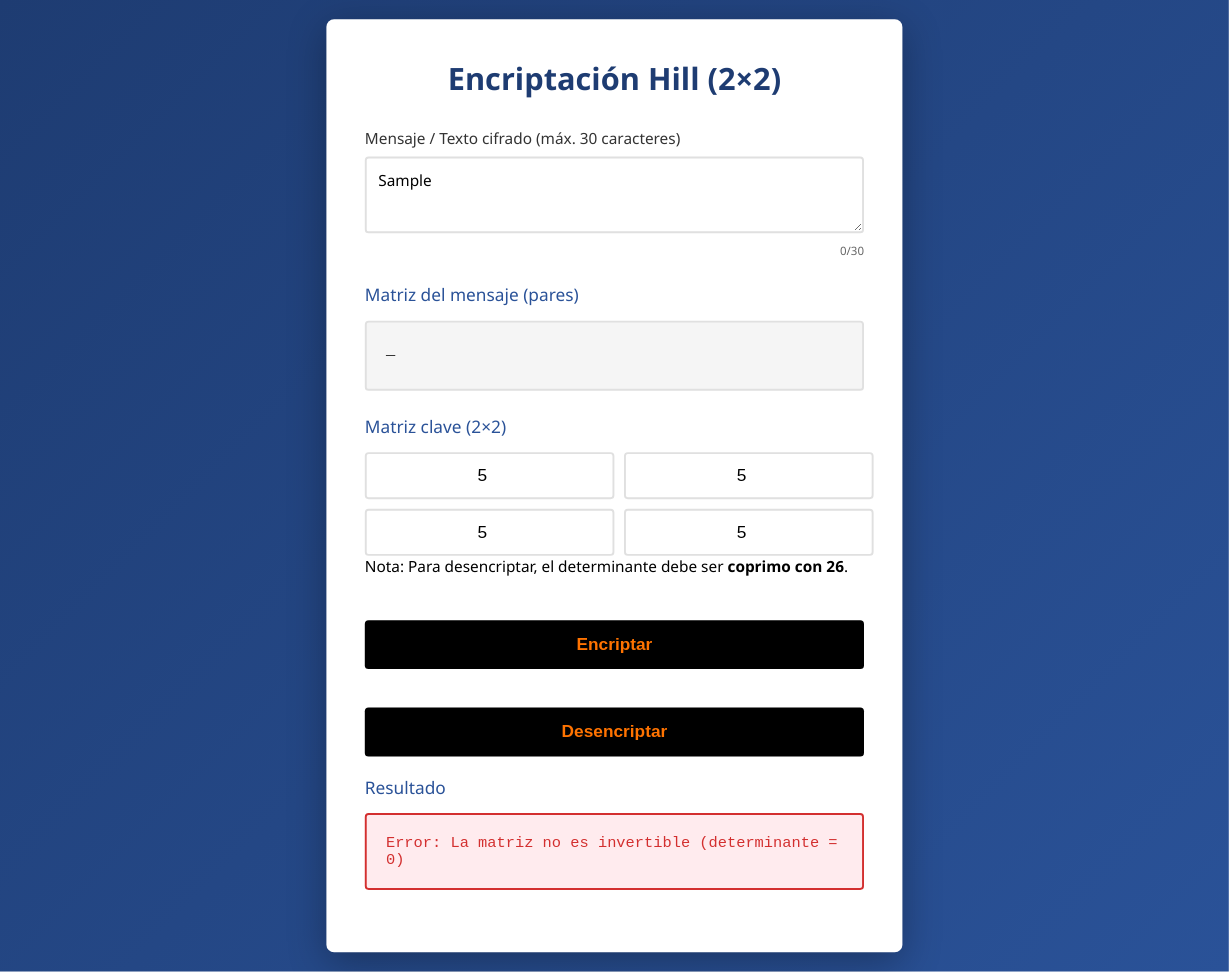
Repository: LeoTSW13/Clase-ejemplo-Algebra
Page: index.html
An editor plug-in stored every save of this project. The page is shown before and after the next save, followed by the edit.
The browser window is 1280 px wide. The pictures show the whole page, at 96% of full size.
Empty fields were first filled with sample values (such as "Sample", 5 or name@example.com).
After loading, the first visible `#encriptar` was clicked once.

Above is the page before, as saved 2025-11-26 10:31:18.

### index.html
<!DOCTYPE html>
<html lang="es">
<head>
    <meta charset="UTF-8" />
    <meta name="viewport" content="width=device-width, initial-scale=1.0"/>
    <title>Encriptación Hill</title>
    <link rel="stylesheet" href="styles.css">
</head>
<body>
    <div class="container">
        <h1>Encriptación Hill (2×2)</h1>

        <div class="section">
            <label for="mensaje">Mensaje / Texto cifrado (máx. 30 caracteres)</label>
            <textarea id="mensaje" maxlength="30" placeholder="Escribe tu mensaje aquí..."></textarea>
            <div class="char-count">0/30</div>
        </div>

        <div class="section">
            <h3>Matriz del mensaje (pares)</h3>
            <div id="matrizMensaje" class="matriz-display">—</div>
        </div>

        <div class="section">
            <h3>Matriz clave (2×2)</h3>
            <div class="matriz-input">
                <input type="number" id="k11" placeholder="a">
                <input type="number" id="k12" placeholder="b">
                <input type="number" id="k21" placeholder="c">
                <input type="number" id="k22" placeholder="d">
            </div>
            <div class="hint">Nota: Para desencriptar, el determinante debe ser <b>coprimo con 26</b>.</div>
        </div>

        <button id="encriptar">Encriptar</button>
        <button id="desencriptar">Desencriptar</button>

        <div class="section">
            <h3>Resultado</h3>
            <div id="resultado" class="resultado-box">—</div>
        </div>
    </div>

    <script src="script.js"></script>
</body>
</html>

### styles.css
* {
    margin: 0;
    padding: 0;
    box-sizing: border-box;
}

body {
    font-family: 'Segoe UI', Tahoma, Geneva, Verdana, sans-serif;
    background: linear-gradient(135deg, #1e3c72 0%, #2a5298 100%);
    min-height: 100vh;
    display: flex;
    justify-content: center;
    align-items: center;
    padding: 20px;
}

.container {
    background: white;
    max-width: 600px;
    width: 100%;
    padding: 40px;
    border-radius: 8px;
    box-shadow: 0 10px 40px rgba(0, 0, 0, 0.3);
}

h1 {
    color: #1e3c72;
    text-align: center;
    margin-bottom: 30px;
    font-size: 32px;
    font-weight: 600;
}

h3 {
    color: #2a5298;
    margin-bottom: 15px;
    font-size: 18px;
    font-weight: 500;
}

.section {
    margin-bottom: 25px;
}

label {
    display: block;
    color: #333;
    margin-bottom: 8px;
    font-weight: 500;
}

textarea {
    width: 100%;
    padding: 12px;
    border: 2px solid #e0e0e0;
    border-radius: 4px;
    font-size: 16px;
    resize: vertical;
    min-height: 80px;
    font-family: inherit;
    transition: border-color 0.3s;
}

textarea:focus {
    outline: none;
    border-color: #2a5298;
}

.char-count {
    text-align: right;
    color: #666;
    font-size: 12px;
    margin-top: 5px;
}

.matriz-display {
    background: #f5f5f5;
    padding: 20px;
    border-radius: 4px;
    border: 2px solid #e0e0e0;
    min-height: 60px;
    font-family: 'Courier New', monospace;
    color: #333;
    line-height: 1.8;
}

.matriz-input {
    display: grid;
    grid-template-columns: 1fr 1fr;
    gap: 10px;
    max-width: 200px;
}

.matriz-input input {
    padding: 12px;
    border: 2px solid #e0e0e0;
    border-radius: 4px;
    font-size: 18px;
    text-align: center;
    transition: border-color 0.3s;
}

.matriz-input input:focus {
    outline: none;
    border-color: #2a5298;
}

button {
    width: 100%;
    padding: 15px;
    background: #000000;
    color: rgb(255, 115, 0);
    border: none;
    border-radius: 4px;
    font-size: 18px;
    font-weight: 600;
    cursor: pointer;
    transition: background 0.3s;
    margin: 20px 0;
}

button:hover {
    background: #1e3c72;
}

button:active {
    transform: scale(0.98);
}

.resultado-box {
    background: #f5f5f5;
    padding: 20px;
    border-radius: 4px;
    border: 2px solid #e0e0e0;
    min-height: 60px;
    font-family: 'Courier New', monospace;
    color: #333;
    word-wrap: break-word;
}

.error {
    color: #d32f2f;
    background: #ffebee;
    border-color: #d32f2f;
}

### script.js
const mensaje = document.getElementById('mensaje');
const charCount = document.querySelector('.char-count');
const matrizMensaje = document.getElementById('matrizMensaje');
const k11 = document.getElementById('k11');
const k12 = document.getElementById('k12');
const k21 = document.getElementById('k21');
const k22 = document.getElementById('k22');
const btnEncriptar = document.getElementById('encriptar');
const resultado = document.getElementById('resultado');

// Actualizar contador de caracteres
mensaje.addEventListener('input', () => {
    const len = mensaje.value.length;
    charCount.textContent = `${len}/30`;
    mostrarMatrizMensaje();
});

// Mostrar matriz del mensaje
function mostrarMatrizMensaje() {
    const texto = mensaje.value.toUpperCase().replace(/[^A-Z]/g, '');

    if (texto.length === 0) {
        matrizMensaje.textContent = 'Escribe un mensaje primero...';
        return;
    }

    const valores = texto.split('').map(char => char.charCodeAt(0) - 65);

    // Agrupar en pares
    let matriz = '[';
    for (let i = 0; i < valores.length; i += 2) {
        if (i > 0) matriz += ' ';
        matriz += '[' + valores[i];
        if (i + 1 < valores.length) {
            matriz += ', ' + valores[i + 1];
        } else {
            matriz += ', ' + (valores.length % 2 === 0 ? '' : '23'); // Padding con 'X'
        }
        matriz += ']';
    }
    matriz += ']';

    matrizMensaje.textContent = matriz;
}

// Función de encriptación Hill
btnEncriptar.addEventListener('click', () => {
    // Validar inputs
    const key = [
        [parseInt(k11.value) || 0, parseInt(k12.value) || 0],
        [parseInt(k21.value) || 0, parseInt(k22.value) || 0]
    ];

    if (key[0][0] === 0 && key[0][1] === 0 && key[1][0] === 0 && key[1][1] === 0) {
        resultado.textContent = 'Error: Ingresa una matriz clave válida';
        resultado.classList.add('error');
        return;
    }

    const texto = mensaje.value.toUpperCase().replace(/[^A-Z]/g, '');

    if (texto.length === 0) {
        resultado.textContent = 'Error: Ingresa un mensaje';
        resultado.classList.add('error');
        return;
    }

    // Calcular determinante
    const det = (key[0][0] * key[1][1] - key[0][1] * key[1][0]) % 26;

    if (det === 0) {
        resultado.textContent = 'Error: La matriz no es invertible (determinante = 0)';
        resultado.classList.add('error');
        return;
    }

    // Convertir texto a números
    let numeros = texto.split('').map(char => char.charCodeAt(0) - 65);

    // Agregar padding si es impar
    if (numeros.length % 2 !== 0) {
        numeros.push(23); // 'X'
    }

    // Encriptar
    let encriptado = '';
    for (let i = 0; i < numeros.length; i += 2) {
        const v1 = numeros[i];
        const v2 = numeros[i + 1];

        const c1 = (key[0][0] * v1 + key[0][1] * v2) % 26;
        const c2 = (key[1][0] * v1 + key[1][1] * v2) % 26;

        encriptado += String.fromCharCode(65 + c1);
        encriptado += String.fromCharCode(65 + c2);
    }

    resultado.classList.remove('error');
    resultado.textContent = encriptado;
});
const btnDesencriptar = document.getElementById('desencriptar');

// Inverso modular
function modInv(a, m) {
    a = (a % m + m) % m;
    for (let x = 1; x < m; x++) {
        if ((a * x) % m === 1) return x;
    }
    return null;
}

// DESENCRIPTAR con reparación automática
btnDesencriptar.addEventListener('click', () => {
    const key = [
        [parseInt(k11.value) || 0, parseInt(k12.value) || 0],
        [parseInt(k21.value) || 0, parseInt(k22.value) || 0]
    ];

    let texto = mensaje.value.toUpperCase().replace(/[^A-Z]/g, '');

    if (texto.length === 0) {
        resultado.textContent = 'Error: Ingresa el texto cifrado';
        resultado.classList.add('error');
        return;
    }

    // --- REPARACIÓN AUTOMÁTICA ---
    if (texto.length % 2 !== 0) {
        texto += 'X';
        resultado.textContent = '⚠ Se agregó una X para completar el par.\n';
    } else {
        resultado.textContent = '';
    }
    // ------------------------------

    // Determinante
    let det = (key[0][0] * key[1][1] - key[0][1] * key[1][0]) % 26;
    if (det < 0) det += 26;

    let detInv = modInv(det, 26);
    if (detInv === null) {
        resultado.textContent = 'Error: El determinante NO tiene inverso módulo 26 (no puedes desencriptar).';
        resultado.classList.add('error');
        return;
    }

    // Matriz adjunta
    const adj = [
        [key[1][1], -key[0][1]],
        [-key[1][0], key[0][0]]
    ];

    // Matriz inversa mod 26
    const invKey = [
        [
            (detInv * (adj[0][0] % 26 + 26)) % 26,
            (detInv * (adj[0][1] % 26 + 26)) % 26
        ],
        [
            (detInv * (adj[1][0] % 26 + 26)) % 26,
            (detInv * (adj[1][1] % 26 + 26)) % 26
        ]
    ];

    // Convertir texto a números
    let numeros = texto.split('').map(c => c.charCodeAt(0) - 65);

    // Desencriptar
    let desencriptado = '';
    for (let i = 0; i < numeros.length; i += 2) {
        const v1 = numeros[i];
        const v2 = numeros[i + 1];

        const p1 = (invKey[0][0] * v1 + invKey[0][1] * v2) % 26;
        const p2 = (invKey[1][0] * v1 + invKey[1][1] * v2) % 26;

        desencriptado += String.fromCharCode(65 + p1);
        desencriptado += String.fromCharCode(65 + p2);
    }

    resultado.classList.remove('error');
    resultado.textContent += desencriptado;
});

After the next save:
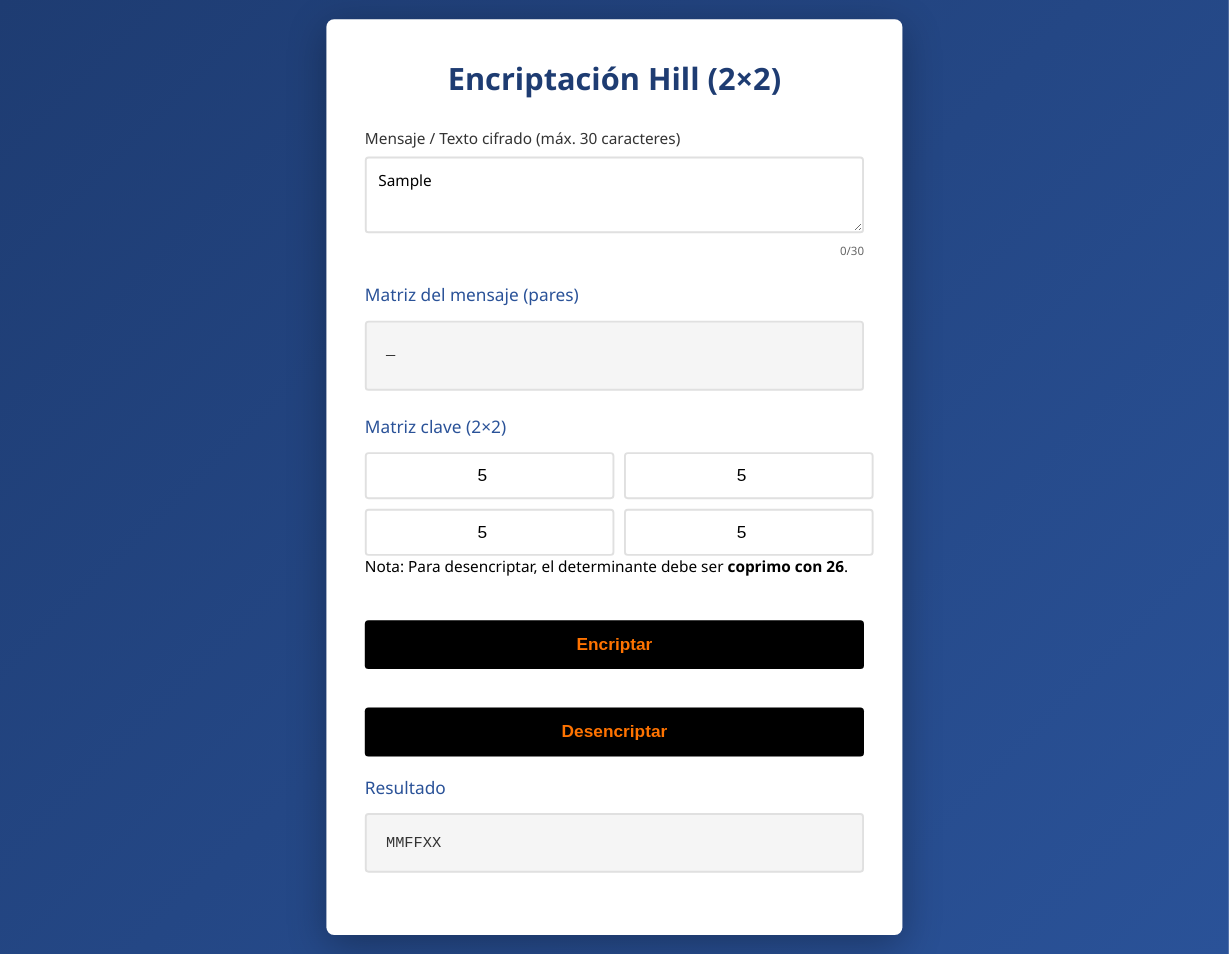
Saved 22 s later.
--- a/script.js
+++ b/script.js
@@ -6,16 +6,17 @@ const k12 = document.getElementById('k12');
 const k21 = document.getElementById('k21');
 const k22 = document.getElementById('k22');
 const btnEncriptar = document.getElementById('encriptar');
+const btnDesencriptar = document.getElementById('desencriptar');
 const resultado = document.getElementById('resultado');
 
-// Actualizar contador de caracteres
+// Actualizar contador y matriz del mensaje
 mensaje.addEventListener('input', () => {
     const len = mensaje.value.length;
     charCount.textContent = `${len}/30`;
     mostrarMatrizMensaje();
 });
 
-// Mostrar matriz del mensaje
+// Mostrar pares del mensaje
 function mostrarMatrizMensaje() {
     const texto = mensaje.value.toUpperCase().replace(/[^A-Z]/g, '');
 
@@ -24,38 +25,35 @@ function mostrarMatrizMensaje() {
         return;
     }
 
-    const valores = texto.split('').map(char => char.charCodeAt(0) - 65);
+    const valores = texto.split('').map(c => c.charCodeAt(0) - 65);
+    let matriz = '[';
 
-    // Agrupar en pares
-    let matriz = '[';
     for (let i = 0; i < valores.length; i += 2) {
         if (i > 0) matriz += ' ';
         matriz += '[' + valores[i];
+
         if (i + 1 < valores.length) {
             matriz += ', ' + valores[i + 1];
         } else {
-            matriz += ', ' + (valores.length % 2 === 0 ? '' : '23'); // Padding con 'X'
+            matriz += ', 23'; // X de padding
         }
+
         matriz += ']';
     }
+
     matriz += ']';
-
     matrizMensaje.textContent = matriz;
 }
 
-// Función de encriptación Hill
+// ===============================
+//     HILL ENCRYPTION
+// ===============================
+
 btnEncriptar.addEventListener('click', () => {
-    // Validar inputs
     const key = [
         [parseInt(k11.value) || 0, parseInt(k12.value) || 0],
         [parseInt(k21.value) || 0, parseInt(k22.value) || 0]
     ];
-
-    if (key[0][0] === 0 && key[0][1] === 0 && key[1][0] === 0 && key[1][1] === 0) {
-        resultado.textContent = 'Error: Ingresa una matriz clave válida';
-        resultado.classList.add('error');
-        return;
-    }
 
     const texto = mensaje.value.toUpperCase().replace(/[^A-Z]/g, '');
 
@@ -65,28 +63,14 @@ btnEncriptar.addEventListener('click', () => {
         return;
     }
 
-    // Calcular determinante
-    const det = (key[0][0] * key[1][1] - key[0][1] * key[1][0]) % 26;
+    let numeros = texto.split('').map(c => c.charCodeAt(0) - 65);
 
-    if (det === 0) {
-        resultado.textContent = 'Error: La matriz no es invertible (determinante = 0)';
-        resultado.classList.add('error');
-        return;
-    }
+    if (numeros.length % 2 !== 0) numeros.push(23); // X
 
-    // Convertir texto a números
-    let numeros = texto.split('').map(char => char.charCodeAt(0) - 65);
+    let encriptado = '';
 
-    // Agregar padding si es impar
-    if (numeros.length % 2 !== 0) {
-        numeros.push(23); // 'X'
-    }
-
-    // Encriptar
-    let encriptado = '';
     for (let i = 0; i < numeros.length; i += 2) {
-        const v1 = numeros[i];
-        const v2 = numeros[i + 1];
+        const v1 = numeros[i], v2 = numeros[i + 1];
 
         const c1 = (key[0][0] * v1 + key[0][1] * v2) % 26;
         const c2 = (key[1][0] * v1 + key[1][1] * v2) % 26;
@@ -98,19 +82,29 @@ btnEncriptar.addEventListener('click', () => {
     resultado.classList.remove('error');
     resultado.textContent = encriptado;
 });
-const btnDesencriptar = document.getElementById('desencriptar');
 
-// Inverso modular
-function modInv(a, m) {
-    a = (a % m + m) % m;
-    for (let x = 1; x < m; x++) {
-        if ((a * x) % m === 1) return x;
-    }
-    return null;
+// ===============================
+//     HILL DECRYPTION
+// ===============================
+
+// Euclides Extendido
+function egcd(a, b) {
+    if (b === 0) return {g: a, x: 1, y: 0};
+    const r = egcd(b, a % b);
+    return { g: r.g, x: r.y, y: r.x - Math.floor(a / b) * r.y };
 }
 
-// DESENCRIPTAR con reparación automática
+function modInv(a, m) {
+    a = ((a % m) + m) % m;
+    const r = egcd(a, m);
+    if (r.g !== 1) return null;
+    return (r.x % m + m) % m;
+}
+
 btnDesencriptar.addEventListener('click', () => {
+    resultado.classList.remove('error');
+    resultado.textContent = '';
+
     const key = [
         [parseInt(k11.value) || 0, parseInt(k12.value) || 0],
         [parseInt(k21.value) || 0, parseInt(k22.value) || 0]
@@ -119,65 +113,58 @@ btnDesencriptar.addEventListener('click', () => {
     let texto = mensaje.value.toUpperCase().replace(/[^A-Z]/g, '');
 
     if (texto.length === 0) {
-        resultado.textContent = 'Error: Ingresa el texto cifrado';
+        resultado.textContent = 'Error: Ingresa texto cifrado';
         resultado.classList.add('error');
         return;
     }
 
-    // --- REPARACIÓN AUTOMÁTICA ---
+    // Reparar longitud impar automáticamente
     if (texto.length % 2 !== 0) {
         texto += 'X';
         resultado.textContent = '⚠ Se agregó una X para completar el par.\n';
-    } else {
-        resultado.textContent = '';
     }
-    // ------------------------------
 
     // Determinante
-    let det = (key[0][0] * key[1][1] - key[0][1] * key[1][0]) % 26;
-    if (det < 0) det += 26;
+    let det = key[0][0] * key[1][1] - key[0][1] * key[1][0];
+    let detMod = ((det % 26) + 26) % 26;
 
-    let detInv = modInv(det, 26);
-    if (detInv === null) {
-        resultado.textContent = 'Error: El determinante NO tiene inverso módulo 26 (no puedes desencriptar).';
+    const invDet = modInv(detMod, 26);
+
+    if (invDet === null) {
+        resultado.textContent += `Error: El determinante = ${detMod} no tiene inverso módulo 26.\n`;
         resultado.classList.add('error');
         return;
     }
 
-    // Matriz adjunta
+    // Matriz inversa
     const adj = [
-        [key[1][1], -key[0][1]],
-        [-key[1][0], key[0][0]]
+        [ key[1][1], -key[0][1] ],
+        [ -key[1][0], key[0][0] ]
     ];
 
-    // Matriz inversa mod 26
     const invKey = [
         [
-            (detInv * (adj[0][0] % 26 + 26)) % 26,
-            (detInv * (adj[0][1] % 26 + 26)) % 26
+            (invDet * ((adj[0][0] % 26 + 26) % 26)) % 26,
+            (invDet * ((adj[0][1] % 26 + 26) % 26)) % 26
         ],
         [
-            (detInv * (adj[1][0] % 26 + 26)) % 26,
-            (detInv * (adj[1][1] % 26 + 26)) % 26
+            (invDet * ((adj[1][0] % 26 + 26) % 26)) % 26,
+            (invDet * ((adj[1][1] % 26 + 26) % 26)) % 26
         ]
     ];
 
-    // Convertir texto a números
     let numeros = texto.split('').map(c => c.charCodeAt(0) - 65);
+    let dec = '';
 
-    // Desencriptar
-    let desencriptado = '';
     for (let i = 0; i < numeros.length; i += 2) {
-        const v1 = numeros[i];
-        const v2 = numeros[i + 1];
+        const v1 = numeros[i], v2 = numeros[i + 1];
 
         const p1 = (invKey[0][0] * v1 + invKey[0][1] * v2) % 26;
         const p2 = (invKey[1][0] * v1 + invKey[1][1] * v2) % 26;
 
-        desencriptado += String.fromCharCode(65 + p1);
-        desencriptado += String.fromCharCode(65 + p2);
+        dec += String.fromCharCode(65 + (p1 + 26) % 26);
+        dec += String.fromCharCode(65 + (p2 + 26) % 26);
     }
 
-    resultado.classList.remove('error');
-    resultado.textContent += desencriptado;
+    resultado.textContent += dec;
 });
